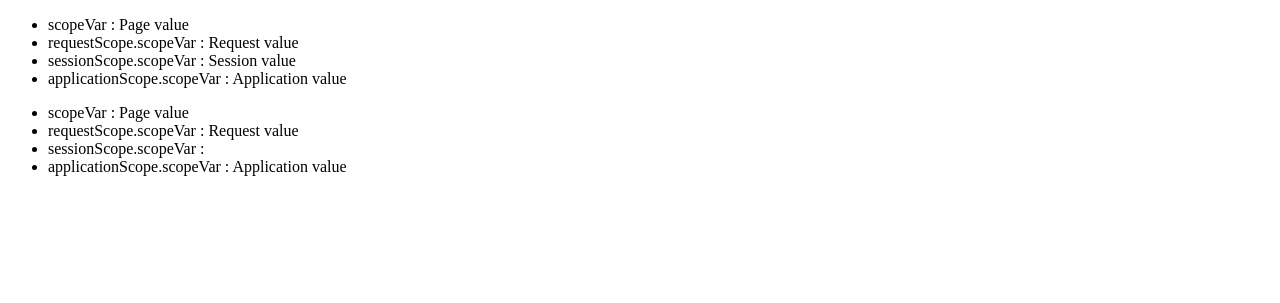
Repository: hyojinx/JspStudy
Page: http://localhost/jspstudy/11JSTL/CoreRemove.jsp
The author's editor kept a copy of each file at every save. The page is drawn from the files as they stood at one save, then again after a run of saves.
The browser window is 1280 px wide. The pictures show the whole page.
The page is served by Tomcat 9. Other server files are loaded and not shown.

Above is the page before, as saved 2023-04-10 01:55:34.

### jspstudy/src/main/webapp/11JSTL/CoreRemove.jsp
<%@ page language="java" contentType="text/html; charset=UTF-8"
    pageEncoding="UTF-8"%>
<%@ taglib prefix="c" uri = "http://java.sun.com/jsp/jstl/core"%>
<!-- 변수 선언 -->
<c:set var="scopeVar" value="Page value" scope="page"/>
<c:set var="scopeVar" value="Request value" scope="request"/>
<c:set var="scopeVar" value="Session value" scope="session"/>
<c:set var="scopeVar" value="Application value" scope="application"/>
<!DOCTYPE html>
<html>
<head>
<meta charset="UTF-8">
<title>JSTL core remove</title>
</head>
<body>
	<ul>
		<li>scopeVar : ${scopeVar }</li>
		<li>requestScope.scopeVar : ${requestScope.scopeVar }</li>
		<li>sessionScope.scopeVar : ${sessionScope.scopeVar }</li>
		<li>applicationScope.scopeVar : ${applicationScope.scopeVar }</li>
	</ul>
	<c:remove var="scopeVar" scope="session"/>
	<ul>
		<li>scopeVar : ${scopeVar }</li>
		<li>requestScope.scopeVar : ${requestScope.scopeVar }</li>
		<li>sessionScope.scopeVar : ${sessionScope.scopeVar }</li>
		<li>applicationScope.scopeVar : ${applicationScope.scopeVar }</li>
	</ul>
</body>
</html>

After the next 2 saves:
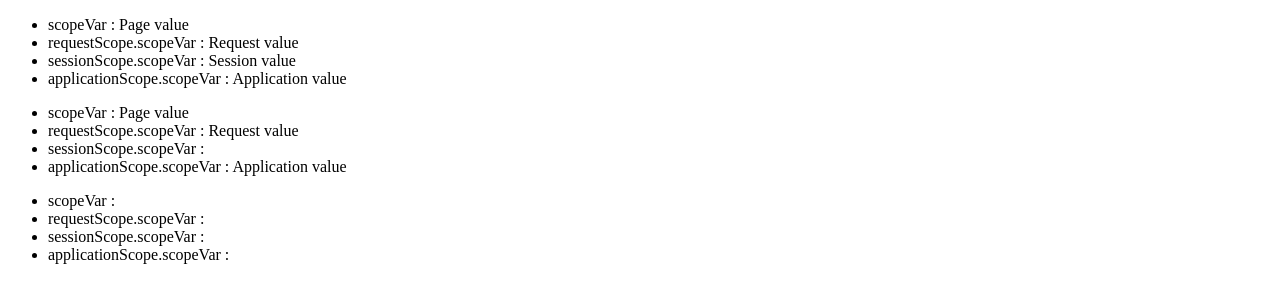
The 2 saves are shown as one change because 1 did not build or start.
The last was saved 39 s later.
--- a/jspstudy/src/main/webapp/11JSTL/CoreRemove.jsp
+++ b/jspstudy/src/main/webapp/11JSTL/CoreRemove.jsp
@@ -26,5 +26,12 @@
 		<li>sessionScope.scopeVar : ${sessionScope.scopeVar }</li>
 		<li>applicationScope.scopeVar : ${applicationScope.scopeVar }</li>
 	</ul>
+	<c:remove var="scopeVar"/>
+	<ul>
+		<li>scopeVar : ${scopeVar }</li>
+		<li>requestScope.scopeVar : ${requestScope.scopeVar }</li>
+		<li>sessionScope.scopeVar : ${sessionScope.scopeVar }</li>
+		<li>applicationScope.scopeVar : ${applicationScope.scopeVar }</li>
+	</ul>
 </body>
 </html>
